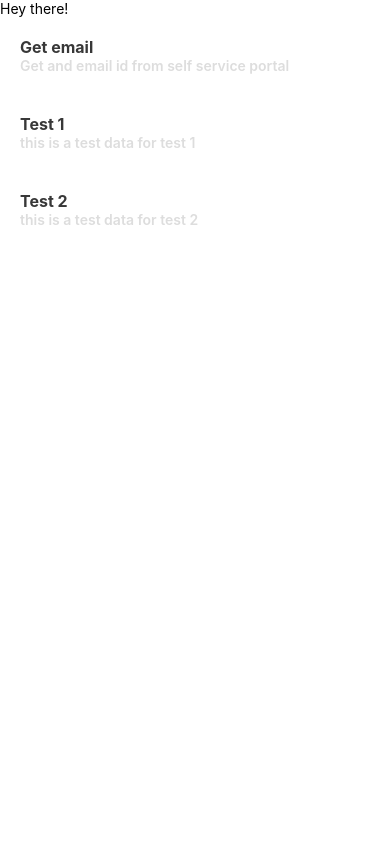
Repository: sadarsh216/Todo-App
Page: /
An editor plug-in stored every save of this project. The page is shown before and after the next save, followed by the edit.
The browser window is 390 px wide. The pictures show the whole page.
The app was drawn by React Native's web renderer in a window 390 px wide. The project was rebuilt for these pictures with package versions that can differ from the ones it lists, and the page was loaded fresh each time.

Above is the page before, as saved 2021-10-09 12:51:37.

### App.tsx
import { StatusBar } from "expo-status-bar";
import React from "react";
import { SafeAreaView, StyleSheet, Text, View } from "react-native";
import Todos from "./Pages/Todos";

export default function App() {
  return (
    <SafeAreaView>
      <Text>Hey there!</Text>
      <Todos />
    </SafeAreaView>
  );
}

const styles = StyleSheet.create({
  container: {
    flex: 1,
    backgroundColor: "#fff",
    alignItems: "center",
    justifyContent: "center",
  },
});

### Pages/Todos.tsx
import React from "react";
import { View, Text, StyleSheet } from "react-native";

export default function Todos() {
  const [todos, setTodos] = React.useState([
    {
      title: "Get email",
      description: "Get and email id from self service portal",
      id: 0,
    },
    { title: "Test 1", description: "this is a test data for test 1", id: 1 },
    { title: "Test 2", description: "this is a test data for test 2 ", id: 2 },
  ]);
  return (
    <>
      {todos.map((item, key) => (
        <View key={item.id} style={styles.card}>
          <Text style={styles.title}>{item.title}</Text>
          <Text style={styles.desc}>{item.description}</Text>
        </View>
      ))}
    </>
  );
}

const styles = StyleSheet.create({
  card: {
    backgroundColor: "#fff",
    margin: 10,
    borderRadius: 6,
    elevation: 4,
    padding: 10,
  },
  title: {
    fontSize: 16,
    fontWeight: "bold",
    color: "#383838",
  },
  desc: {
    fontWeight: "600",
    color: "#ddd",
  },
});

After the next save:
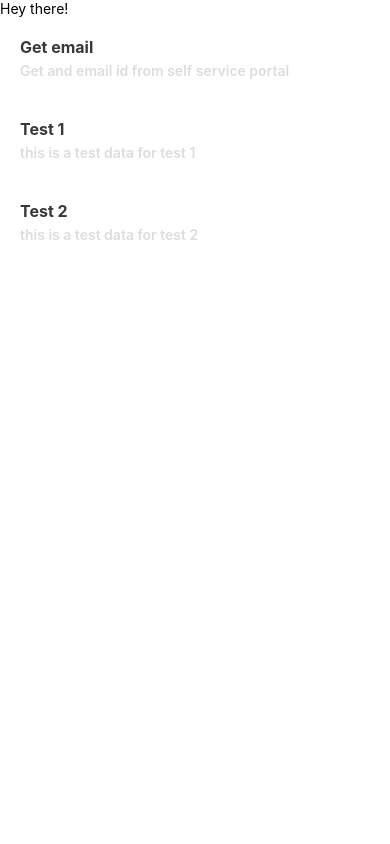
Saved 18 s later.
--- a/Pages/Todos.tsx
+++ b/Pages/Todos.tsx
@@ -33,6 +33,7 @@ const styles = StyleSheet.create({
   },
   title: {
     fontSize: 16,
+    marginBottom: 5,
     fontWeight: "bold",
     color: "#383838",
   },
